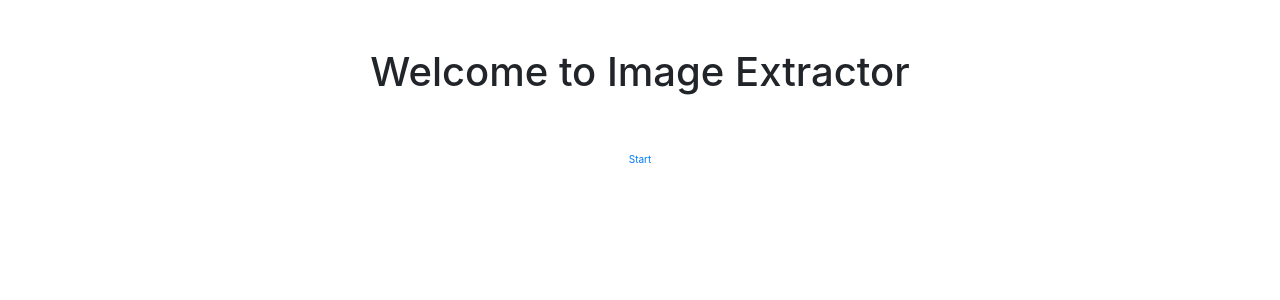
Repository: Rainam98/ImageExtractor
Page: http://localhost/demo/
An editor plug-in stored every save of this project. The page is shown before and after the next save, followed by the edit.
The browser window is 1280 px wide. The pictures show the whole page.
The page is served by Tomcat 9.

Above is the page before, as saved 2023-06-02 05:06:39.

After the next save:
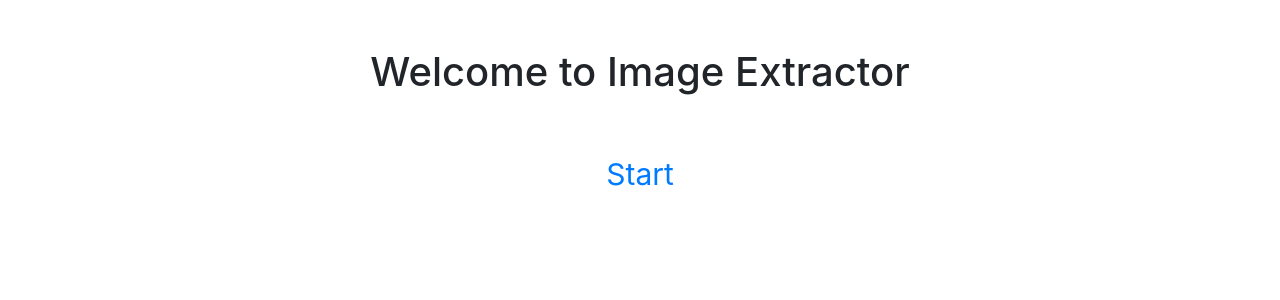
Saved 7 s later.
--- a/demo/src/main/webapp/index.jsp
+++ b/demo/src/main/webapp/index.jsp
@@ -12,7 +12,7 @@
 	<h1 class="mt-5">Welcome to Image Extractor</h1>
 	<br>
 	<br>
-	<a style="font-size: 10px" href="/start">Start</a>
+	<a style="font-size: 30px" href="/start">Start</a>
 	</div>
 </body>
 </html>
